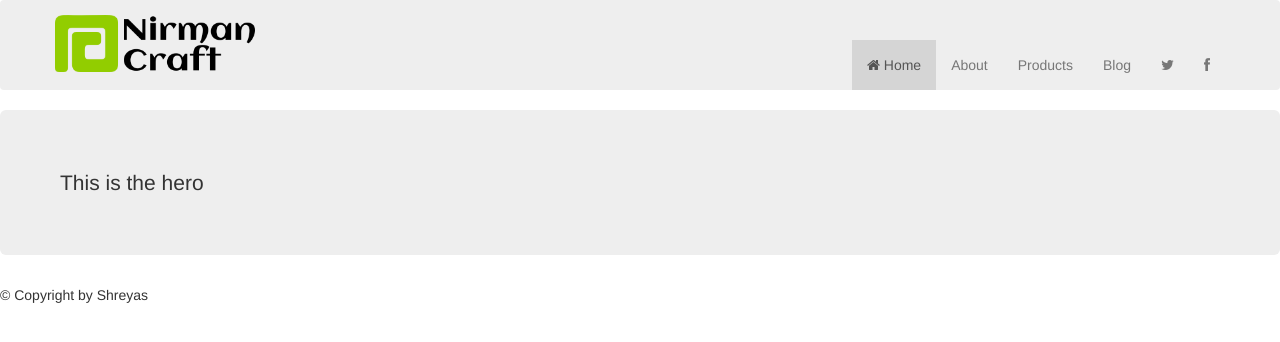
Repository: MeShreyas/NirmanCraftWebsite
Page: NirmanCraft/index.html
The author's editor kept a copy of each file at every save. The page is drawn from the files as they stood at one save, then again after the next save.
The browser window is 1280 px wide. The pictures show the whole page.

Above is the page before, as saved 2013-10-07 11:58:05.
Console error: ReferenceError: jQuery is not defined

### NirmanCraft/index.html
<!DOCTYPE html>
<html lang="en">
	<head>
		<meta charset="utf-8">

		<!-- Always force latest IE rendering engine (even in intranet) & Chrome Frame
		Remove this if you use the .htaccess -->
		<meta http-equiv="X-UA-Compatible" content="IE=edge,chrome=1">

		<title>Nirman Craft</title>
		<meta name="description" content="">
		<meta name="author" content="Shreyas">

		<meta name="viewport" content="width=device-width; initial-scale=1.0">

		<!-- Replace favicon.ico & apple-touch-icon.png in the root of your domain and delete these references -->
		<link rel="shortcut icon" href="/favicon.ico">
		<link rel="stylesheet" href="css/bootstrap.min.css">
		<link rel="apple-touch-icon" href="/apple-touch-icon.png">
		<link rel="stylesheet" href="font-awesome/css/font-awesome.min.css"/>
	</head>

	<body>
		<div>
			<header role="banner" class="navbar">
				<div class="container">
					<div class="navbar-header">
						<a class="navbar-brand" href="../"><img src="images/nclogo.png" width="200px"/></a>
					</div>
					<div class="pull-right">
						<ul class="nav navbar-nav" style="padding-top:40px">
							<li class="active">
								<a href="../getting-started"><i class="icon-home"></i>&nbsp;Home</a>
							</li>
							<li>
								<a href="../css">About</a>
							</li>
							<li>
								<a href="../components">Products</a>
							</li>
							<li>
								<a href="../javascript">Blog</a>
							</li>
							<li>
								<a href="../customize"><i class="icon-twitter"></i></a>
							</li>
							<li>
								<a href="../customize"><i class="icon-facebook"></i></a>
							</li>
						</ul>
					</div>
				</div>
			</header>

			<div class="jumbotron">
				This is the hero
			</div>

			<footer>
				<p>
					&copy; Copyright  by Shreyas
				</p>
			</footer>
		</div>
		<script src="js/bootstrap.min.js" type="text/javascript" charset="utf-8"></script>
	</body>
</html>

Loaded but not shown: NirmanCraft/css/bootstrap.min.css (library); NirmanCraft/font-awesome/css/font-awesome.min.css (library); NirmanCraft/js/bootstrap.min.js (library)

After the next save:
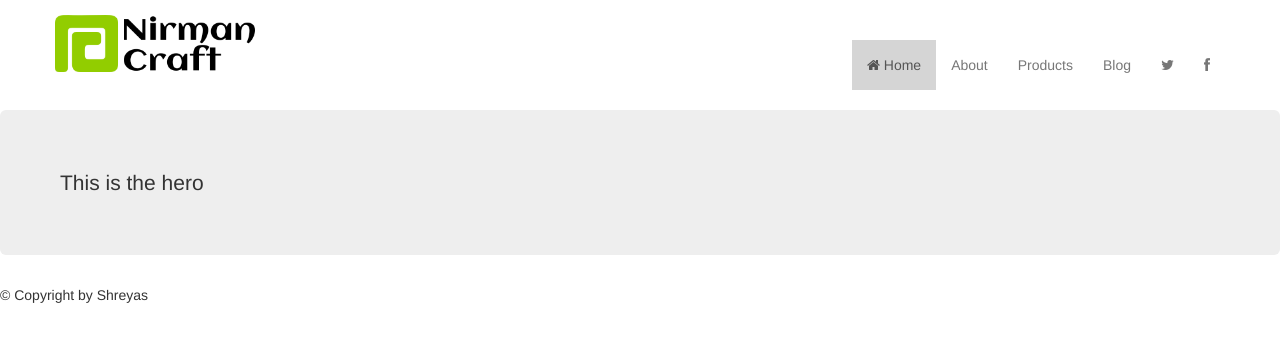
Saved 43 s later.
--- a/NirmanCraft/index.html
+++ b/NirmanCraft/index.html
@@ -22,7 +22,7 @@
 
 	<body>
 		<div>
-			<header role="banner" class="navbar">
+			<header role="banner" class="navbar" style="background-color: #FFFFFF">
 				<div class="container">
 					<div class="navbar-header">
 						<a class="navbar-brand" href="../"><img src="images/nclogo.png" width="200px"/></a>
